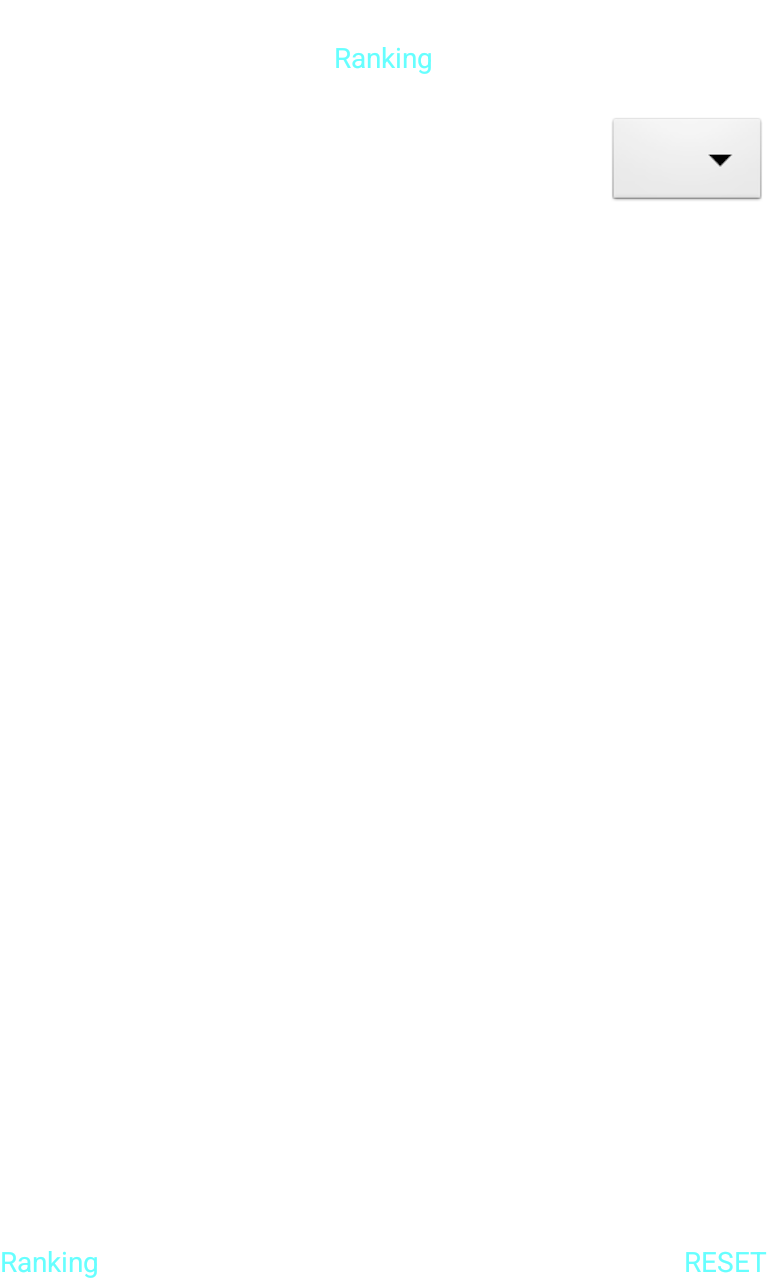
Repository: zwycid/dimension-drive-downside
Layout: lk/gameUIDesign/res/layout/ranking.xml
The author's editor kept a copy of each file at every save. The layout is drawn from the files as they stood at one save, then again after the next save.
It is drawn on a 768 x 1280 px phone screen (xhdpi) without system bars, with theme AppTheme; the app's code is not run. Lists and similar views that code fills are empty.

Above is the layout before, as saved 2012-07-11 08:56:53.

### lk/gameUIDesign/res/layout/ranking.xml
<?xml version="1.0" encoding="utf-8"?>
<RelativeLayout xmlns:android="http://schemas.android.com/apk/res/android"
    android:layout_width="match_parent"
    android:layout_height="match_parent" >

    <TextView
        android:id="@+id/blankView1"
        style="@style/blankView"
        android:layout_alignParentTop="true"
        android:layout_centerHorizontal="true" />

    <TextView
        android:id="@+id/textViewTitleRanking"
        style="@style/TitleText"
        android:layout_below="@+id/blankView1"
        android:layout_centerHorizontal="true"
        android:text="@string/Ranking" />

    <TextView
        android:id="@+id/blankView2"
        style="@style/blankView"
        android:layout_alignLeft="@+id/textViewTitleRanking"
        android:layout_below="@+id/textViewTitleRanking" />

    <Spinner
        android:id="@+id/spinnerStage"
        android:layout_width="wrap_content"
        android:layout_height="wrap_content"
        android:layout_alignParentRight="true"
        android:layout_below="@+id/blankView2"
        android:prompt="@string/STAGE" />

    <TextView
        android:id="@+id/textViewButtonSwap"
        style="@style/ButtonText"
        android:layout_alignParentBottom="true"
        android:layout_alignParentLeft="true"
        android:text="@string/Ranking" />

    <TextView
        android:id="@+id/textViewButtonReset"
        style="@style/ButtonText"
        android:layout_alignParentBottom="true"
        android:layout_alignParentRight="true"
        android:text="@string/reset" />

    <ViewFlipper
        android:id="@+id/viewFlipperForListView"
        android:layout_width="wrap_content"
        android:layout_height="wrap_content"
        android:layout_below="@+id/spinnerStage"
        android:layout_centerHorizontal="true" >

        <ListView
            android:id="@+id/listViewTotalRanking"
            android:layout_width="match_parent"
            android:layout_height="wrap_content" >
        </ListView>

        <ListView
            android:id="@+id/listViewStageRanking"
            android:layout_width="match_parent"
            android:layout_height="wrap_content" >
        </ListView>
    </ViewFlipper>

</RelativeLayout>

### lk/gameUIDesign/res/values/strings.xml
<resources>

    <string name="app_name">ITProject-gameUIDesign</string>
    <string name="menu_settings">Settings</string>
    <string name="title_activity_main">gameUIDesign</string>
    <string name="gameTitle">Sailing Text</string>
    <string name="Startgame">Start Game</string>
    <string name="Ranking">Ranking</string>
    <string name="Option">Option</string>
    <string name="TotalRanking">Total Ranking</string>
    <string name="StageRanking">Stage Ranking</string>
    <string name="reset">RESET</string>
    <string name="STAGE">STAGE</string>
    <string name="blank">blank</string>

</resources>

Loaded but not shown: lk/gameUIDesign/res/values/styles.xml (common file)

After the next save:
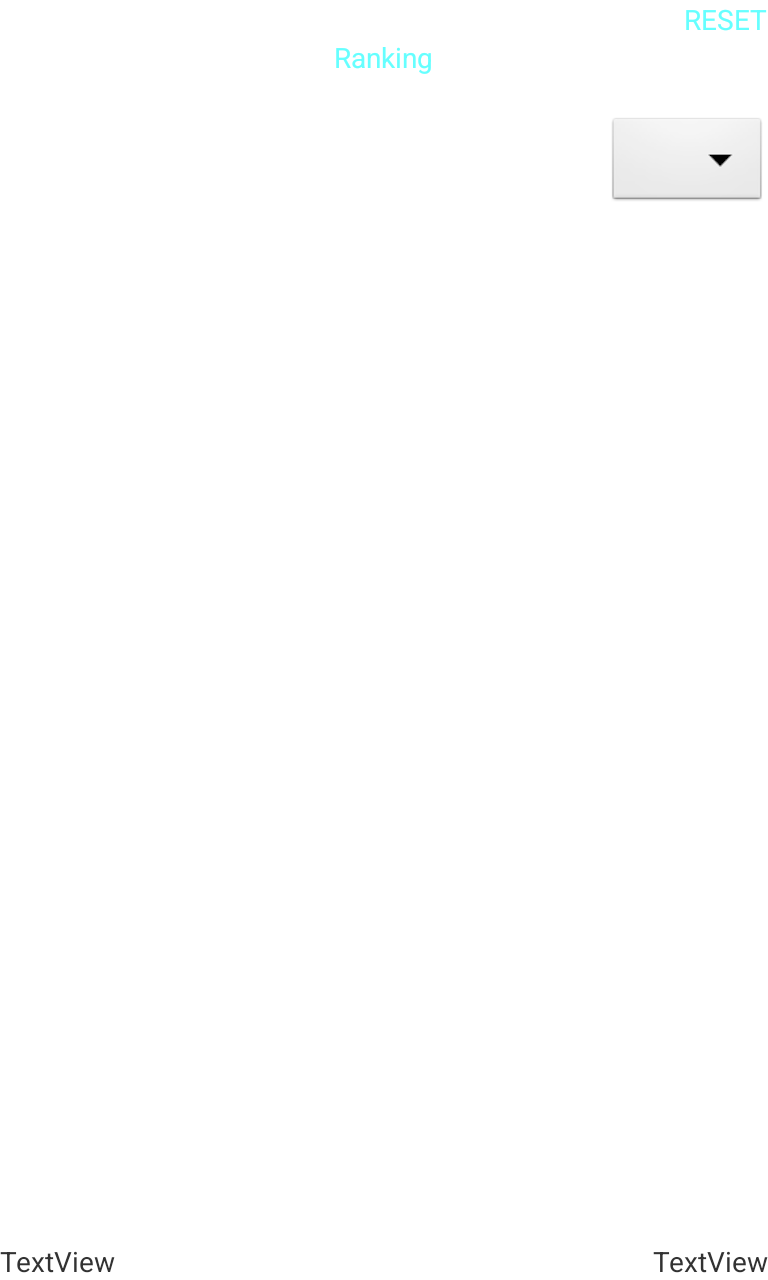
Saved 5 h 31 min later.
--- a/lk/gameUIDesign/res/layout/ranking.xml
+++ b/lk/gameUIDesign/res/layout/ranking.xml
@@ -4,7 +4,7 @@
     android:layout_height="match_parent" >
 
     <TextView
-        android:id="@+id/blankView1"
+        android:id="@+id/blankViewRanking0"
         style="@style/blankView"
         android:layout_alignParentTop="true"
         android:layout_centerHorizontal="true" />
@@ -12,12 +12,12 @@
     <TextView
         android:id="@+id/textViewTitleRanking"
         style="@style/TitleText"
-        android:layout_below="@+id/blankView1"
+        android:layout_below="@+id/blankViewRanking0"
         android:layout_centerHorizontal="true"
         android:text="@string/Ranking" />
 
     <TextView
-        android:id="@+id/blankView2"
+        android:id="@+id/blankViewRanking1"
         style="@style/blankView"
         android:layout_alignLeft="@+id/textViewTitleRanking"
         android:layout_below="@+id/textViewTitleRanking" />
@@ -27,20 +27,19 @@
         android:layout_width="wrap_content"
         android:layout_height="wrap_content"
         android:layout_alignParentRight="true"
-        android:layout_below="@+id/blankView2"
+        android:layout_below="@+id/blankViewRanking1"
         android:prompt="@string/STAGE" />
 
     <TextView
         android:id="@+id/textViewButtonSwap"
         style="@style/ButtonText"
-        android:layout_alignParentBottom="true"
-        android:layout_alignParentLeft="true"
-        android:text="@string/Ranking" />
+        android:layout_below="@+id/blankView5"
+        android:layout_alignParentLeft="true" />
 
     <TextView
         android:id="@+id/textViewButtonReset"
         style="@style/ButtonText"
-        android:layout_alignParentBottom="true"
+        android:layout="true"
         android:layout_alignParentRight="true"
         android:text="@string/reset" />
 
@@ -64,4 +63,20 @@
         </ListView>
     </ViewFlipper>
 
+    <TextView
+        android:id="@+id/blankView4"
+        android:layout_width="wrap_content"
+        android:layout_height="wrap_content"
+        android:layout_alignParentBottom="true"
+        android:layout_alignParentRight="true"
+        android:text="TextView" />
+
+    <TextView
+        android:id="@+id/blankView5"
+        android:layout_width="wrap_content"
+        android:layout_height="wrap_content"
+        android:layout_alignParentBottom="true"
+        android:layout_alignParentLeft="true"
+        android:text="TextView" />
+
 </RelativeLayout>
